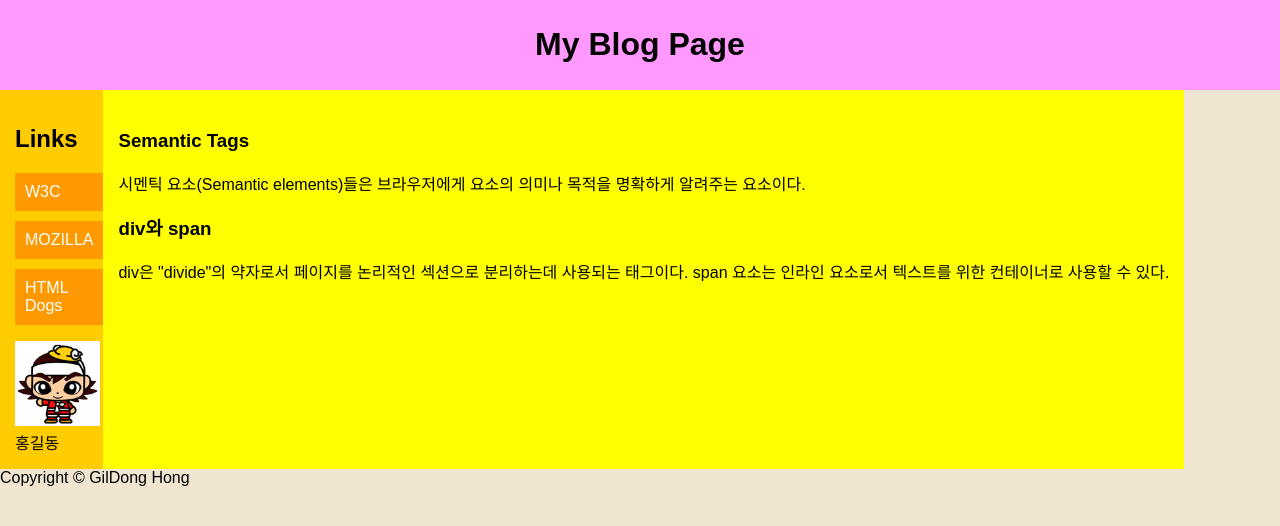
Repository: hyeon-jin-park/study
Page: work/internet_programing/T04/public/03_layout.html
These files come from the project's save history. The page is drawn as it stood at one moment and after the next save; the edit follows.
The browser window is 1280 px wide. The pictures show the whole page.

Above is the page before, as saved 2025-03-25 09:52:55.

After the next save:
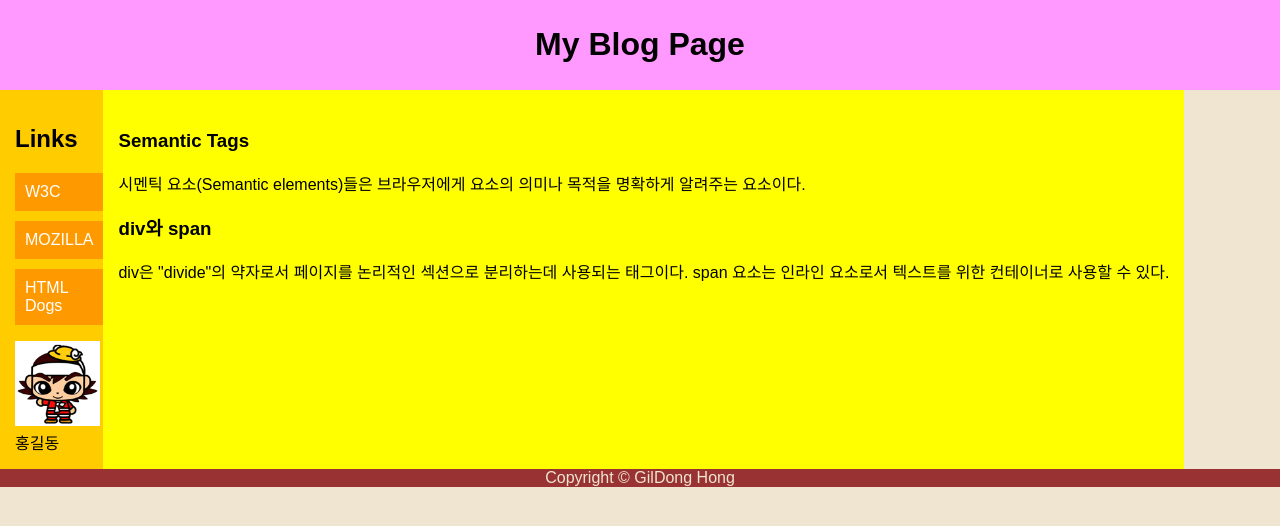
Saved 99 s later.
--- a/work/internet_programing/T04/public/03_layout.html
+++ b/work/internet_programing/T04/public/03_layout.html
@@ -66,6 +66,11 @@ nav{
 	color:white;
 	text-decoration:none;
 }
+footer{
+	background-color:#993333;
+	color:#efe5d0;
+	text-align:center;
+}
 
 
 
